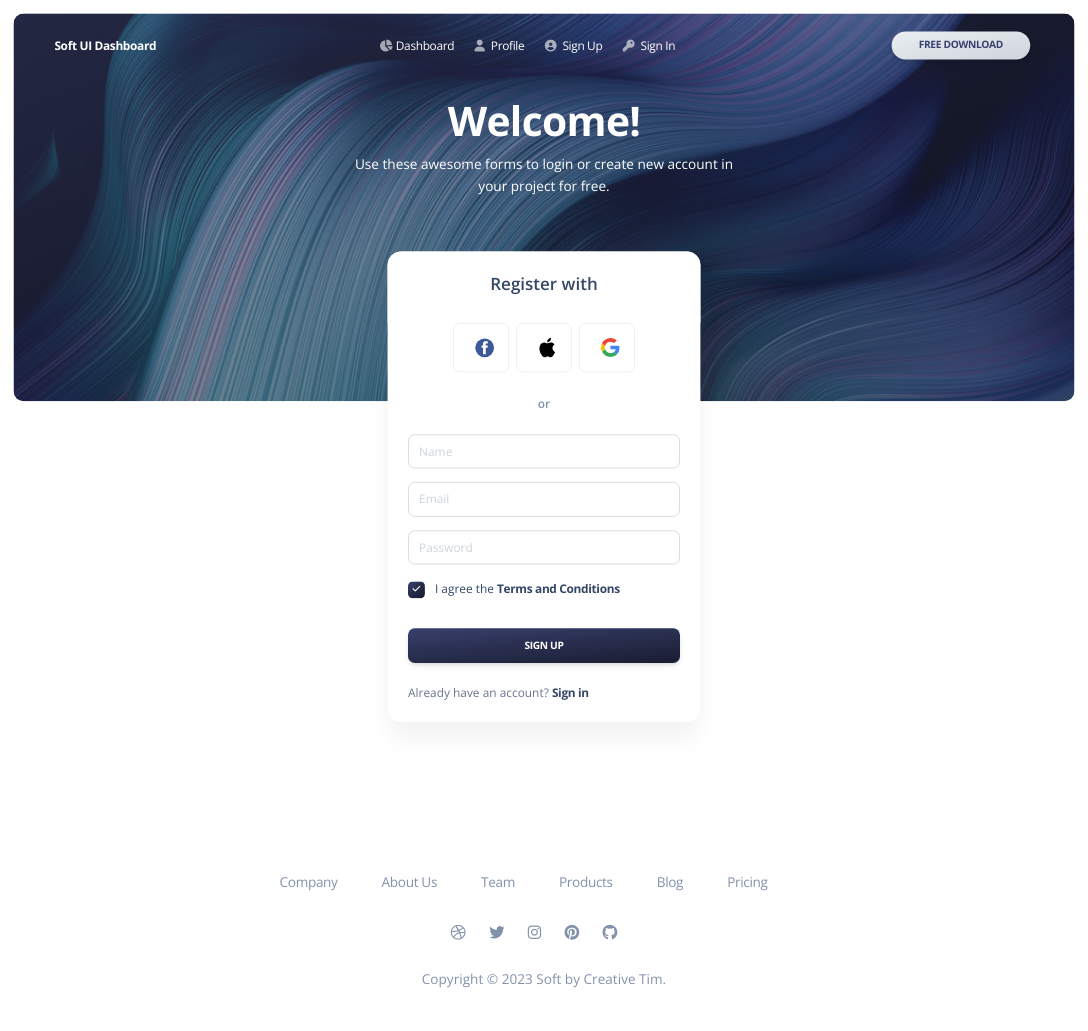
Repository: jigar-64/BlogOasis
Page: http://localhost/blogoasis/admin/pages/sign-up.php
An editor plug-in stored every save of this project. The page is shown before and after the next save, followed by the edit.
The browser window is 1280 px wide. The pictures show the whole page, at 85% of full size.
Some web libraries are served in a nearby version. The page is run by PHP 8.4 with error messages shown; the project is at /var/www/html/.

Above is the page before, as saved 2023-08-13 01:55:16.

After the next save:
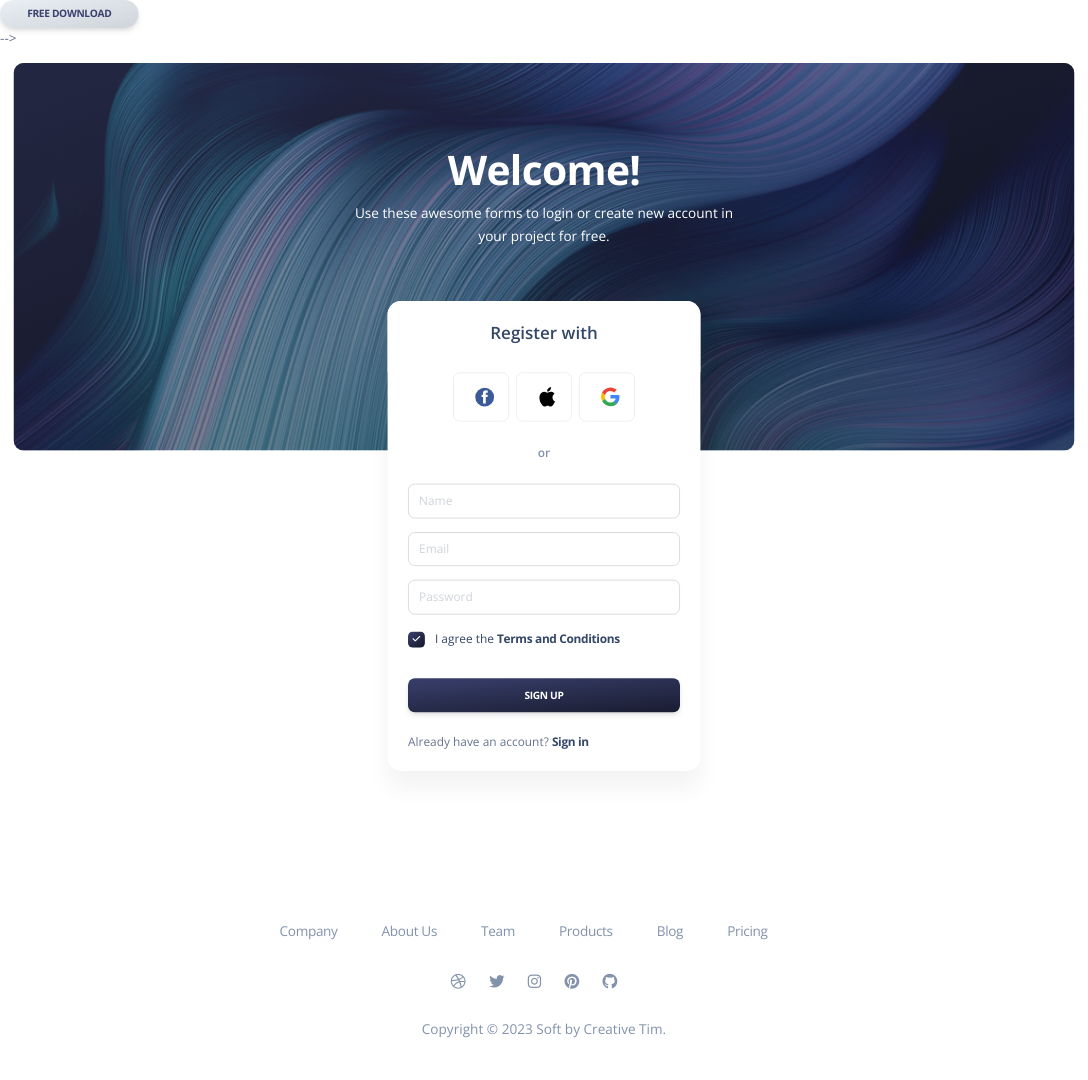
Saved 2 min 28 s later.
--- a/BlogOasis API/admin/pages/sign-up.php
+++ b/BlogOasis API/admin/pages/sign-up.php
@@ -1,17 +1,4 @@
-<!--
-=========================================================
-* Soft UI Dashboard Tailwind - v1.0.5
-=========================================================
-
-* Product Page: https://www.creative-tim.com/product/soft-ui-dashboard-tailwind
-* Copyright 2023 Creative Tim (https://www.creative-tim.com)
-* Licensed under MIT (https://www.creative-tim.com/license)
-* Coded by Creative Tim
-
-=========================================================
-
-* The above copyright notice and this permission notice shall be included in all copies or substantial portions of the Software.
--->
+
 <!DOCTYPE html>
 <html lang="en">
   <head>
@@ -39,7 +26,7 @@
   <body class="m-0 font-sans antialiased font-normal bg-white text-start text-base leading-default text-slate-500">
 
     <!-- Navbar -->
-    <nav class="absolute top-0 z-30 flex flex-wrap items-center justify-between w-full px-4 py-2 mt-6 mb-4 shadow-none lg:flex-nowrap lg:justify-start">
+    <!-- <nav class="absolute top-0 z-30 flex flex-wrap items-center justify-between w-full px-4 py-2 mt-6 mb-4 shadow-none lg:flex-nowrap lg:justify-start">
       <div class="container flex items-center justify-between py-0 flex-wrap-inherit">
         <a class="py-2.375 text-sm mr-4 ml-4 whitespace-nowrap font-bold text-white lg:ml-0" href="../pages/dashboard.html"> Soft UI Dashboard </a>
         <button navbar-trigger class="px-3 py-1 ml-2 leading-none transition-all bg-transparent border border-transparent border-solid rounded-lg shadow-none cursor-pointer text-lg ease-soft-in-out lg:hidden" type="button" aria-controls="navigation" aria-expanded="false" aria-label="Toggle navigation">
@@ -92,7 +79,7 @@
           </ul>
         </div>
       </div>
-    </nav>
+    </nav> -->
 
     <main class="mt-0 transition-all duration-200 ease-soft-in-out">
       <section class="min-h-screen mb-32">
